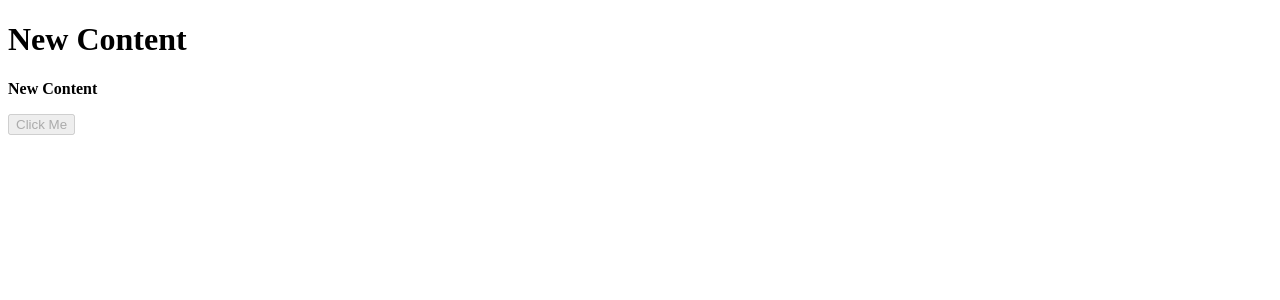
Repository: Jyoshika1263/Java-Training_Genpact
Page: shop/src/main/resources/static/index.html
The author's editor kept a copy of each file at every save. The page is drawn from the files as they stood at one save, then again after the next save.
The browser window is 1280 px wide. The pictures show the whole page.

Above is the page before, as saved 2025-02-27 10:34:38.

### shop/src/main/resources/static/index.html
<!--
<!DOCTYPE html>
<html lang="en">
<head>
<meta charset="UTF-8">
<meta name="viewport" content="width=device-width, initial-scale=1.0">
<title>Welcome to javascript</title>
<style>
        body {
            font-family: Arial, sans-serif;
            margin: 20px;
        }
        h1 {
            color: #333;
        }
        table {
            width: 100%;
            border-collapse: collapse;
        }
        th, td {
            border: 1px solid #ddd;
            padding: 8px;
            text-align: left;
        }
        th {
            background-color: #f2f2f2;
        }
        tr:nth-child(even) {
            background-color: #f9f9f9;
        }
        tr:hover {
            background-color: #f1f1f1;
        }
</style>
</head>
<body>
<h1>Welcome to Online Book Shop</h1>
<table>
<tr>
<th>BookID</th>
<th>Title</th>
<th>Author</th>
<th>Price</th>
</tr>
<tr>
<td>1</td>
<td>Book1</td>
<td>author1</td>
<td>99</td>
</tr>
<tr>
<td>2</td>
<td>B</td>
<td>bb</td>
<td>500</td>
</tr>
<tr>
<td>3</td>
<td>C</td>
<td>cc</td>
<td>200</td>
</tr>
</table>
</body>
</html>
-->




<!--
<!DOCTYPE html>
<html lang="en">
<head>
    <meta charset="UTF-8">
    <meta name="viewport" content="width=device-width, initial-scale=1.0">
    <title>Book Form</title>
    <link rel="stylesheet" href="style.css">
</head>
<body>

<h2>Book form</h2>

<form action="/submit" method="post">
    <label for="name">Book Name:</label>
    <input type="text" id="name" name="name" required>

    <label for="email">Author:</label>
    <input type="email" id="email" name="email" required>

    <label for="message">Price:</label>
    <textarea id="message" name="message" rows="4" required></textarea>

    <button type="submit">Add book</button>
</form>

</body>
</html>
-->

<!DOCTYPE html>
<html>
<head>
<title> Online Book Shop </title>
</head>
<body>
<h1 id='heading'> Welcome to JavaScript</h1>
<p class="message"> Welcome to javaScript </p>
<button id='btn'>Click Me</button>
</body>
<script>

		/*function example(){
			let x=10;
			if(true){
				let  x =20
				console.log(x);
			}
			console.log(x);
		}
		example();
		*/
		function example1(){
			console.log(5 == '5');  // Equal to (Loose comparison) -> true (only checks value)
			console.log(5 === '5'); // Strict equal to -> false (checks type and value)

			console.log(5 != '5');  // Not equal -> false
			console.log(5 !== '5'); // Strict not equal -> true

			// Logical Operators
			console.log(5 > 3 && 5 > 2);  // AND (both conditions must be true) -> true
			console.log(5 > 3 || 5 < 2);  // OR (at least one condition is true) -> true
			console.log(!(5 > 3));        // NOT (negates the condition) -> false
			   let a = 10;
	            let b = 20;
	            let c = "20";
	            console.log('Arithmetic Operators:');
	            console.log('a + b =', a + b);
	            console.log('a - b =', a - b);
	            console.log('a * b =', a * b);
	            console.log('a / b =', a / b);
	            console.log('a % b =', a % b);
	            console.log('a++ =', a++);
	            console.log('++a =', ++a);
	            console.log('a-- =', a--);
	            console.log('--a =', --a);

			let name = "Tanuj";
		    console.log("Hello, " + name + " Welcome");

		    name = "Tanuj";
		    console.log(`Hello, ${name} Welcome`);

		    let text = "This is line1. \n" + "This is line2.";
		    console.log(text);

		    text = `This is line1.
					This is line2.`;
		    console.log(text);

		    let product = "Laptop";
		    let price = 55000;
		    console.log(`The price of ${product} is ${price}`);

		    let text1 = "JavaScript Learning..."

		    	console.log(text1.length); //->return string length
		    	console.log(text1.toUpperCase());
		    	console.log(text1.toLowerCase());
		    	console.log(text1.trim());
		    	console.log(text1.slice(2,10));
		    	console.log(text1.replace("Java","type"));
		    	//console.log(text.split(separator));
		    	console.log(text1.split(","));


		    	//index from 0
		    	//accesss array elemnts ->array

		    	//Array methods :
		    		//Array methods
    let numbers = [10, 20, 30, 40, 50];
    let gadgets = ["Laptop", "Smartphone", "TV"];
    console.log(gadgets[2]);

    gadgets.push("Earphone");
    console.log(gadgets);

    gadgets.pop();
    console.log(gadgets);

    gadgets.shift();
    console.log(gadgets);

    gadgets.unshift("Mic");
    console.log(gadgets);

    console.log(gadgets.indexOf("Smartphone"));
    console.log(gadgets.includes("Earphone"));

    console.log(gadgets.slice(1, 2));

    gadgets.splice(1, 2);
    console.log(gadgets);

    console.log(gadgets.join(" - "));

    gadgets.reverse();
    console.log(gadgets);

    gadgets.sort();
    console.log(gadgets);

    gadgets.forEach(gadget => console.log(gadget));

    let squaredNumbers = numbers.map(num => num * num);
    console.log(squaredNumbers);

		    	// console.log(gadgets.push("Earphone"));
		    	// console.log(gadgets.pop()); // ->remove last item ->
		    	// console.log(gadgets.shift()); //-> remove first item ->
		    	// console.log(gadgets.unshift("Mic")); // -> add item at beginning of array ->
		    	// console.log(gadgets.indexOf(2)); //-> find a index of value
		    	 //console.log(gadgets.includes(3)); // ->check if value exsist
		    	// console.log(gadgets.slice(1,3)); // ->return part of an array
		    	 //console.log(gadgets.splice(1,2)); // ->remove item ->gadgets(index,count) -> start from index1 and remove 2 elemts
		    	// console.log(gadgets.join("-")); //.join(separator) ->convert array into string ->
		    	// console.log(gadgets.reverse()); // -> reverse array
		    	 //console.log(gadgets.sort()); // ->sort array

		    	//looping through array

		    	//->using for Each
		    	gadgets.forEach((gadget) => console.log(gadget));

		    	//->map() ->return s new arrays
		    	num=1;
		    	let squarednumbers = numbers.map(num => num*num);
		    	// Deleting a property from an object
		    	let person = {
		    	    name: "John",
		    	    age: 30,
		    	    hasVoterCard: true
		    	};

		    	delete person.hasVoterCard;
		    	console.log(person);  // { name: "John", age: 30 }

		    	// Objects can have functions as properties
		    	let user = {
		    	    name: "Tanuj",
		    	    greet: function() {
		    	console.log(`Hello, my name is ${this.name}`);
		    	    }
		    	};

		    	user.greet();  // Output: Hello, my name is Tanuj

		    	// Object Destructuring (ES6)
		    	// Extract object properties using shorter syntax
		    	let personData = { name1: "Ajay", age: 25, city: "Delhi" };
		    	let { name1, age, city } = personData;
		    	console.log(age);  // Output: 25

		    	// Object Spread Operator (ES6)
		    	// Used for copying or merging objects

		    	// Copy objects
		    	let obj1 = { a: 12, b: 15 };
		    	let obj2 = { ...obj1, c: 20 };
		    	console.log(obj2);  // Output: { a: 12, b: 15, c: 20 }

		    	// Merge objects
		    	let userP = { name2: "Tanuj", age: 25 };
		    	let userLoc = { city: "MP", country: "India" };
		    	let userAll = { ...userP, ...userLoc };

		    	console.log(userAll);
		    	// Output: { name: "Tanuj", age: 25, city: "MP", country: "India" }
		    	for (let key in person) {
		            console.log(key + ": " + person[key]);
		        }

		        for (let gadget of gadgets) {
		            console.log(gadget);
		        }

		        for (let number of numbers) {
		            console.log(number);
		        }



		        const add = function(a, b) {
		            return a + b;
		        };
		        console.log(add(4, 5));

		        const multiply = (x, y) => x * y;
		        console.log(multiply(12, 23));

		        const cube = x => x * x * x;
		        console.log(cube(5));

		        const greet = (name) => {
		            let message = `Hello, ${name}, Welcome`;
		            return message;
		        };
		        console.log(greet("Tanuj"));

		        // Higher Order Function (HOF)
		        const hofExample = (fn, x, y) => {
		            return fn(x, y);
		        };
		        console.log(hofExample(add, 4, 5));

		        // Object with function as property
		        let user2 = {
		            name: "Tanuj",
		            greet: function() {
		                console.log(`Hello, my name is ${this.name}`);
		            }
		        }


		// HotelManagementSystem

		// Sample hotel rooms data
		const hotelRooms = [
		    { type: "standard", price: 5000, available: true },
		    { type: "deluxe", price: 10000, available: true },
		    { type: "suite", price: 15000, available: false },
		    { type: "presidential", price: 20000, available: true }
		];

		// Function to find available rooms based on price range
		function findAvailableRooms(rooms, minPrice, maxPrice) {
		    return rooms.filter(room =>
		        room.available && room.price >= minPrice && room.price <= maxPrice
		    ).map(room => ({
		        type: room.type,
		        price: room.price
		    }));
		}

		// Function call
		const availableRooms = findAvailableRooms(hotelRooms, 5000, 15000);
		console.log(availableRooms);

		// ShoppingCart

		// Sample cart items data
		const cartItems = [
		    { name: "Phone", price: 55000, quantity: 1 },
		    { name: "Bottle", price: 1500, quantity: 2 },
		    { name: "Keyboard", price: 3000, quantity: 1 }
		];

		// Function to generate receipt
		function generateReceipt(cart) {
		    let total = 0;
		    console.log("Receipt:");
		     console.log("------------------------------");
		     cart.forEach(item => {
		         const itemTotal = item.price * item.quantity;
		         console.log(`${item.name} - Price: ₹${item.price}, Quantity: ${item.quantity}, Total: ₹${itemTotal}`);
		         total += itemTotal;
		     });

		     console.log("------------------------------");
		     console.log(`Total Price: ₹${total}`);
		}

		generateReceipt(cartItems);

		// Student Report Card

		// Sample student data
		// Creating a constant object with student data
        const studentData = [
            {
                name: "Jyoshika",
                marks: { math: 85, science: 90, english: 88 }
            },
            {
                name: "Sanjana",
                marks: { math: 78, science: 82, english: 80 }
            },
            {
                name: "Neelima",
                marks: { math: 92, science: 95, english: 94 }
            },
            {
                name: "Amrutha",
                marks: { math: 70, science: 75, english: 72 }
            }
        ];

        // Function to generate report card for a student
        function generateReportCard(student) {
            let { name, marks } = student;
            let totalMarks = marks.math + marks.science + marks.english;
            let averageMarks = totalMarks / 3;
            let percentage = (totalMarks / 300) * 100;

            console.log(`Report card for ${name}:`);
            console.log(`Total marks: ${totalMarks}`);
            console.log(`Average marks: ${averageMarks}`);
            console.log(`Percentage: ${percentage}%`);
        }

        // Generating report cards for all students
        studentData.forEach(student => generateReportCard(student));

     // Select elements by ID
        const heading = document.getElementById('heading');
        console.log(heading.textContent); // Welcome to J5

        // Select elements by class
        const messages = document.getElementsByClassName('message');

        // Select elements by tag name
        const hiHeadings = document.getElementsByTagName('h1');

        // QuerySelector - finds the first matching element
        const headingSelector = document.querySelector('#heading'); // Select by ID
        const messageSelector = document.querySelector('.message'); // Select by class

        // Modifying DOM Elements

        // Change text content
        headingSelector.textContent = "New Content";

        // Change inner HTML
        const headingP = document.querySelector('.message');
        headingP.innerHTML = "<strong>New Content</strong>";

        // Disable and enable button
        const button = document.querySelector('#btn');
        button.setAttribute('disabled', 'true'); // Disable the button
        // To enable the button, use the line below:
        // button.removeAttribute('disabled');

		}
		example1();

</script>
</html>

After the next save:
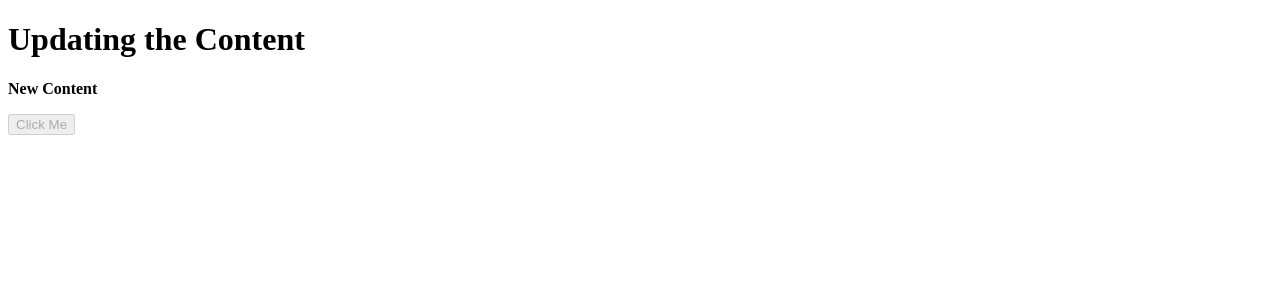
Saved 5 min 24 s later.
--- a/shop/src/main/resources/static/index.html
+++ b/shop/src/main/resources/static/index.html
@@ -429,7 +429,7 @@
         // Modifying DOM Elements
 
         // Change text content
-        headingSelector.textContent = "New Content";
+        headingSelector.textContent = "Updating the Content";
 
         // Change inner HTML
         const headingP = document.querySelector('.message');
